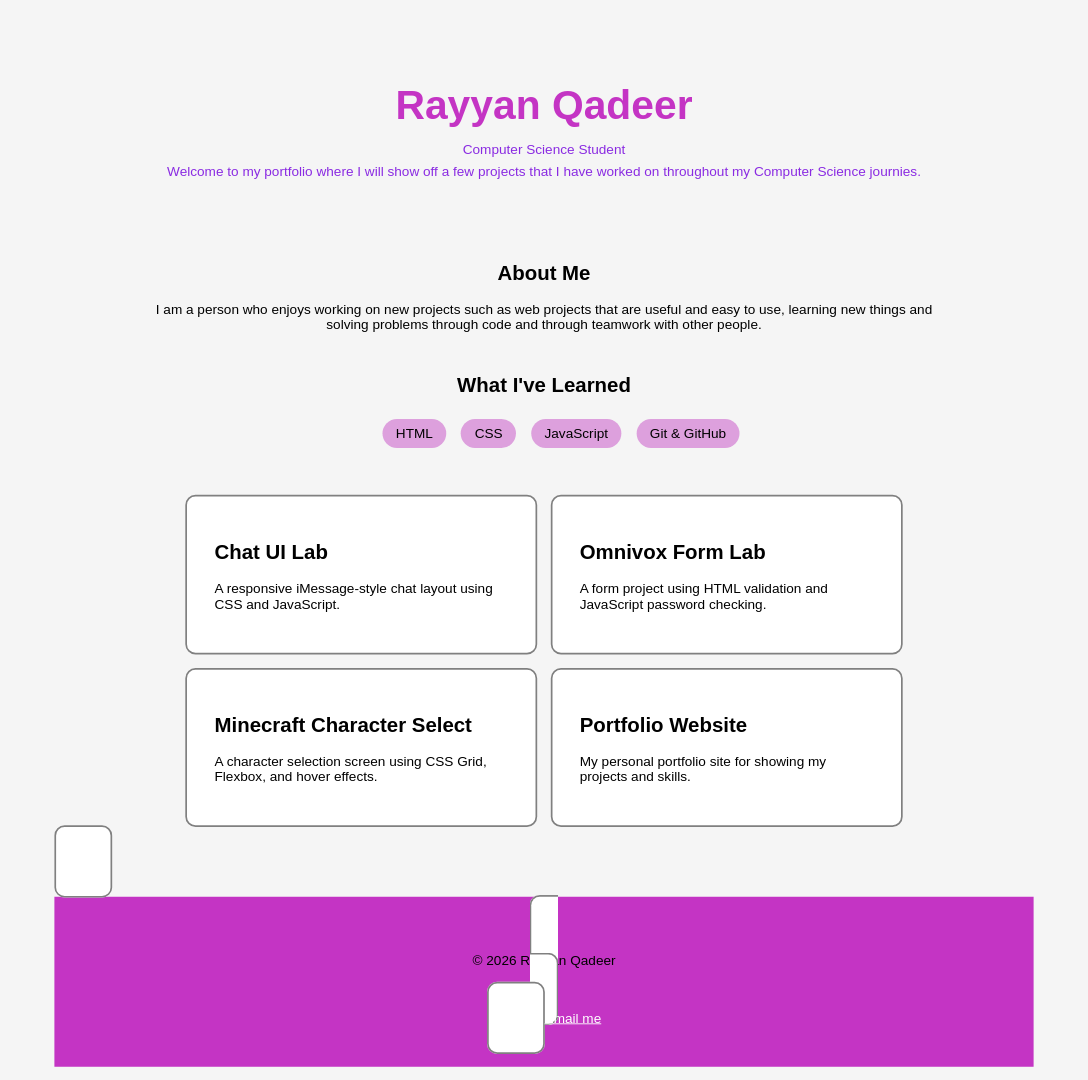
Repository: rayyan-qadeer/rayyan-qadeer
Page: index.html
An editor plug-in stored every save of this project. The page is shown before and after the next save, followed by the edit.
The browser window is 1280 px wide. The pictures show the whole page, at 85% of full size.

Above is the page before, as saved 2026-05-20 18:01:29.

### index.html
<!doctype html>
<html lang="en">
  <head>
    <meta charset="UTF-8" />
    <meta name="viewport" content="width=device-width, initial-scale=1.0" />
    <title>Rayyan Qadeer Portfolio</title>
    <link rel="stylesheet" href="./styles/globals.css" />
    <link rel="stylesheet" href="./styles/index.css" />
  </head>
  <body>
    <main>
      <header>
        <h1>Rayyan Qadeer</h1>
        <p class="subtitle">Computer Science Student</p>
        <p class="description">
          Welcome to my portfolio where I will show off a few projects that I
          have worked on throughout my Computer Science journies.
        </p>
      </header>

      <section class="about">
        <h2>About Me</h2>
        <p>
          I am a person who enjoys working on new projects such as web projects
          that are useful and easy to use, learning new things and solving
          problems through code and through teamwork with other people.
        </p>
      </section>

      <section class="skills">
        <h2>What I've Learned</h2>
        <ul>
          <li>HTML</li>
          <li>CSS</li>
          <li>JavaScript</li>
          <li>Git & GitHub</li>
        </ul>
      </section>

      <section class="projects">
        <a class="card" href="./pages/chat-ui.html">
          <h2>Chat UI Lab</h2>
          <p>
            A responsive iMessage-style chat layout using CSS and JavaScript.
          </p>
        </a>

        <a class="card" href="./pages/omnivox-form.html">
          <h2>Omnivox Form Lab</h2>
          <p>
            A form project using HTML validation and JavaScript password
            checking.
          </p>
        </a>

        <a class="card" href="./pages/minecraft-character-select.html">
          <h2>Minecraft Character Select</h2>
          <p>
            A character selection screen using CSS Grid, Flexbox, and hover
            effects.
          </p>
        </a>

        <a class="card">
          <h2>Portfolio Website</h2>
          <p>My personal portfolio site for showing my projects and skills.</p>
        </article>
      </section>

      <footer>
        <p>© 2026 Rayyan Qadeer</p>
        <p>
          <a href="mailto:rayyanqadeer@outlook.com">Email me</a>
        </p>
      </footer>
    </main>
  </body>
</html>

### styles/globals.css
body {
    margin: 0rem;
    font-family: Arial, Helvetica, sans-serif;
    background-color: whitesmoke;
    color: black;
}

### styles/index.css
main {
  padding: 1rem;
  max-width: 90%;
  margin: 0 auto;
}

header {
  text-align: center;
  margin-bottom: 3rem;
  padding: 3rem 1rem;
}

header h1 {
  font-size: 3rem;
  margin-bottom: 0.5rem;
  color: rgb(196, 52, 196);
}

.subtitle {
  color: blueviolet;
  margin-bottom: 0.5rem;
}

.description {
  max-width: 80%;
  margin: 0 auto;
  color: blueviolet;
}

.about,
.skills {
  text-align: center;
  max-width: 80%;
  margin: 3rem auto;
}

.skills li {
  display: inline-block;
  margin: 0.4rem;
  padding: 0.5rem 1rem;
  background-color: plum;
  border-radius: 20px;
}

.projects {
  display: flex;
  flex-direction: column;
  gap: 1rem;
  margin: 2rem auto;
}

.card {
  background-color: white;
  padding: 2rem;
  border-radius: 0.75rem;
  border: 2px solid gray;
  text-decoration: none;
  color: black;
}

.card:hover {
  transform: translateY(-4px);
  background-color: plum;
}

.card:focus {
  footer a:focus {
    outline: 2px solid blueviolet;
    outline-offset: 4px;
  }
}

footer {
  text-align: center;
  margin-top: 2rem;
  padding: 2rem;
  background-color: rgb(196, 52, 196);
  color: white;
}

footer a {
  color: white;
}

@media (min-width: 768px) {
  .projects {
    flex-direction: row;
    flex-wrap: wrap;
    justify-content: center;
  }

  .card {
    width: 48%;
  }
}

@media (min-width: 1024px) {
  .card {
    width: 30%;
  }
}

After the next save:
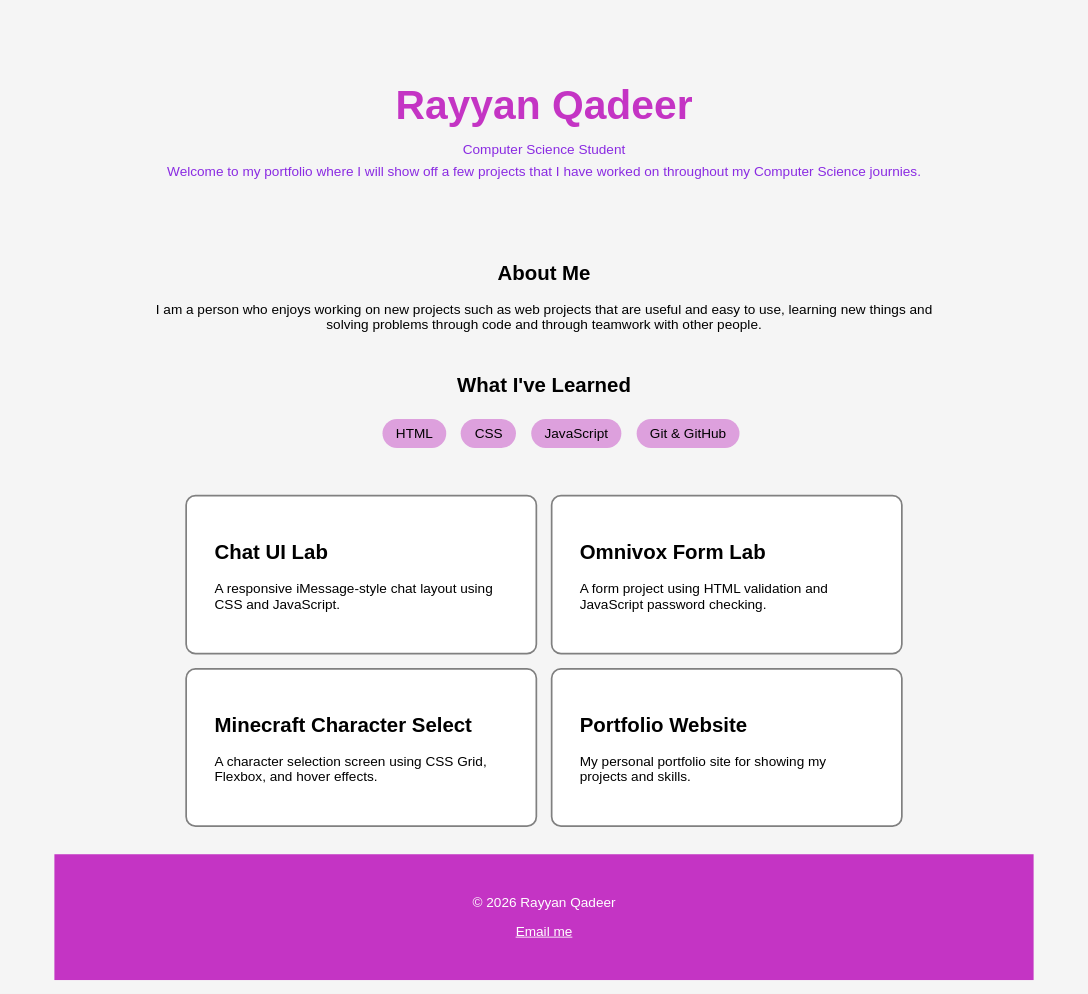
Saved 4 s later.
--- a/index.html
+++ b/index.html
@@ -64,7 +64,7 @@
         <a class="card">
           <h2>Portfolio Website</h2>
           <p>My personal portfolio site for showing my projects and skills.</p>
-        </article>
+        </a>
       </section>
 
       <footer>
